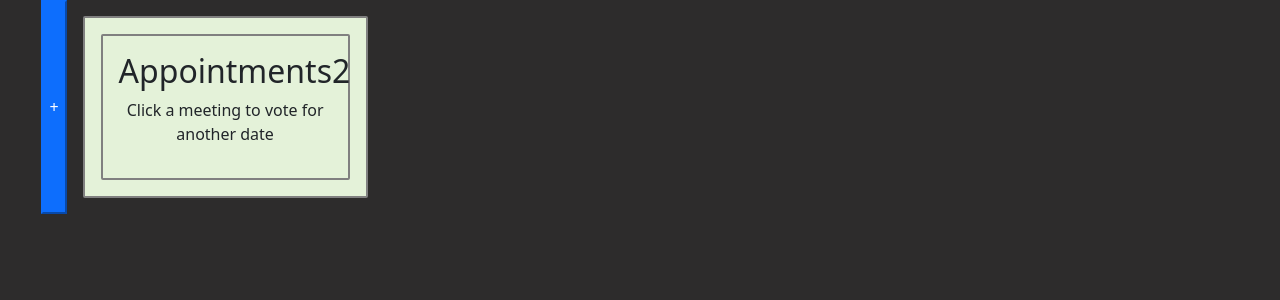
Repository: wlichon/Semesterprojekt
Page: index.html
These files come from the project's save history. The page is drawn as it stood at one moment and after the next save; the edit follows.
The browser window is 1280 px wide. The pictures show the whole page.
The page's requests for data from a server got no answer. Some web libraries are served in a nearby version.

Above is the page before, as saved 2022-04-22 17:51:52.

After the next save:
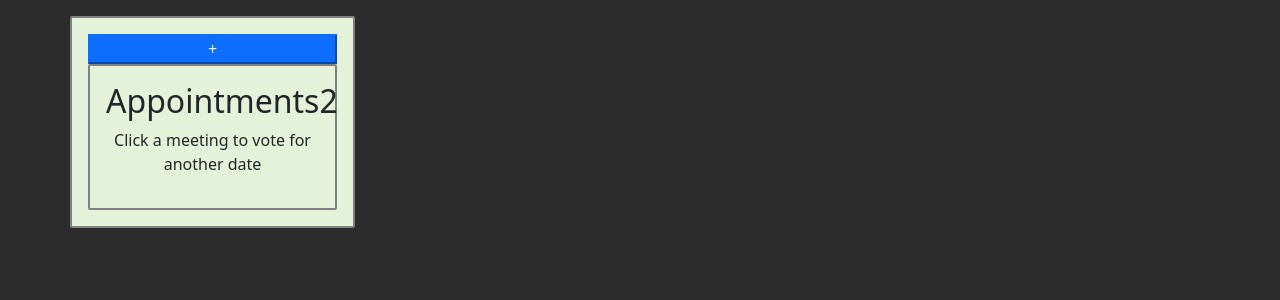
Saved 11 s later.
--- a/index.html
+++ b/index.html
@@ -16,11 +16,11 @@
     <title>Appointment Finder</title>
 </head>
 <body class="d-flex justify-content-center">
-    <button class = "btn-primary"> + </button>
-      <div class="container m-3 d-flex justify-content-center">
-            <div class="events row flex-grow-1" id="events">
-                <div class="col-md-3 d-flex justify-content-between" style="flex-direction: column">
+    <div class="container m-3 d-flex justify-content-center">
+        <div class="events row flex-grow-1" id="events">
+            <div class="col-md-3 d-flex justify-content-between" style="flex-direction: column">
 
+                <button class = "btn-primary"> + </button>
                         <div class="col">
                            <h2 class="align-self-center">Appointments2</h2>
                            <p class="">Click a meeting to vote for another date</p>
